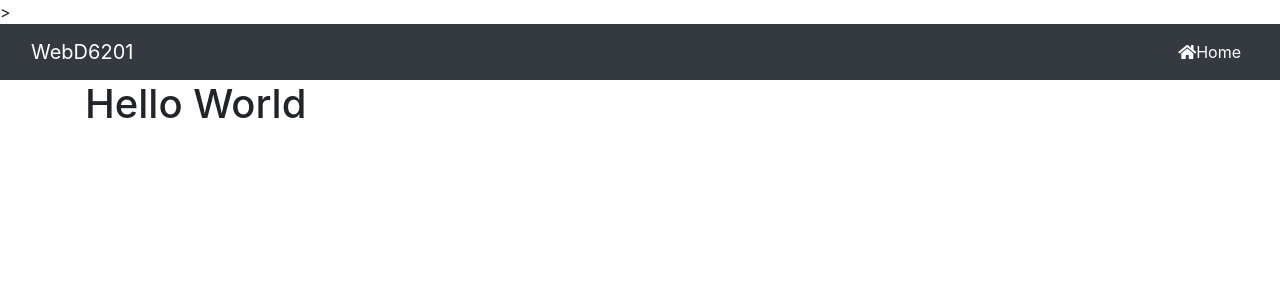
Repository: CKM206/WEBD6201-W2021-Week1
Page: index.html
These files come from the project's save history. The page is drawn as it stood at one moment and after the next save; the edit follows.
The browser window is 1280 px wide. The pictures show the whole page.

Above is the page before, as saved 2021-01-14 09:22:43.

After the next save:
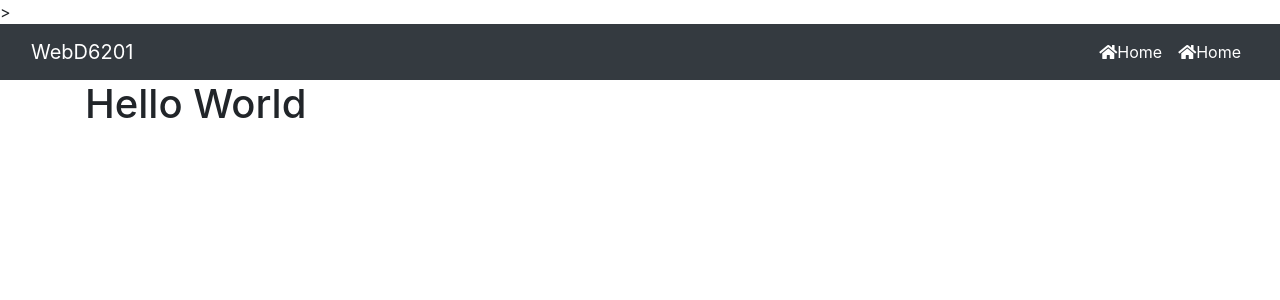
Saved 20 s later.
--- a/index.html
+++ b/index.html
@@ -27,6 +27,11 @@
                   <li class="nav-item">
                     <a class="nav-link active" aria-current="page" href="#"><i class="fas fa-home fa-large"></i>Home</a>
                   </li>
+
+                  <li class="nav-item">
+                    <a class="nav-link active" aria-current="page" href="#"><i class="fas fa-home fa-large"></i>Home</a>
+                  </li>
+
               </div>
             </div>
           </nav>
